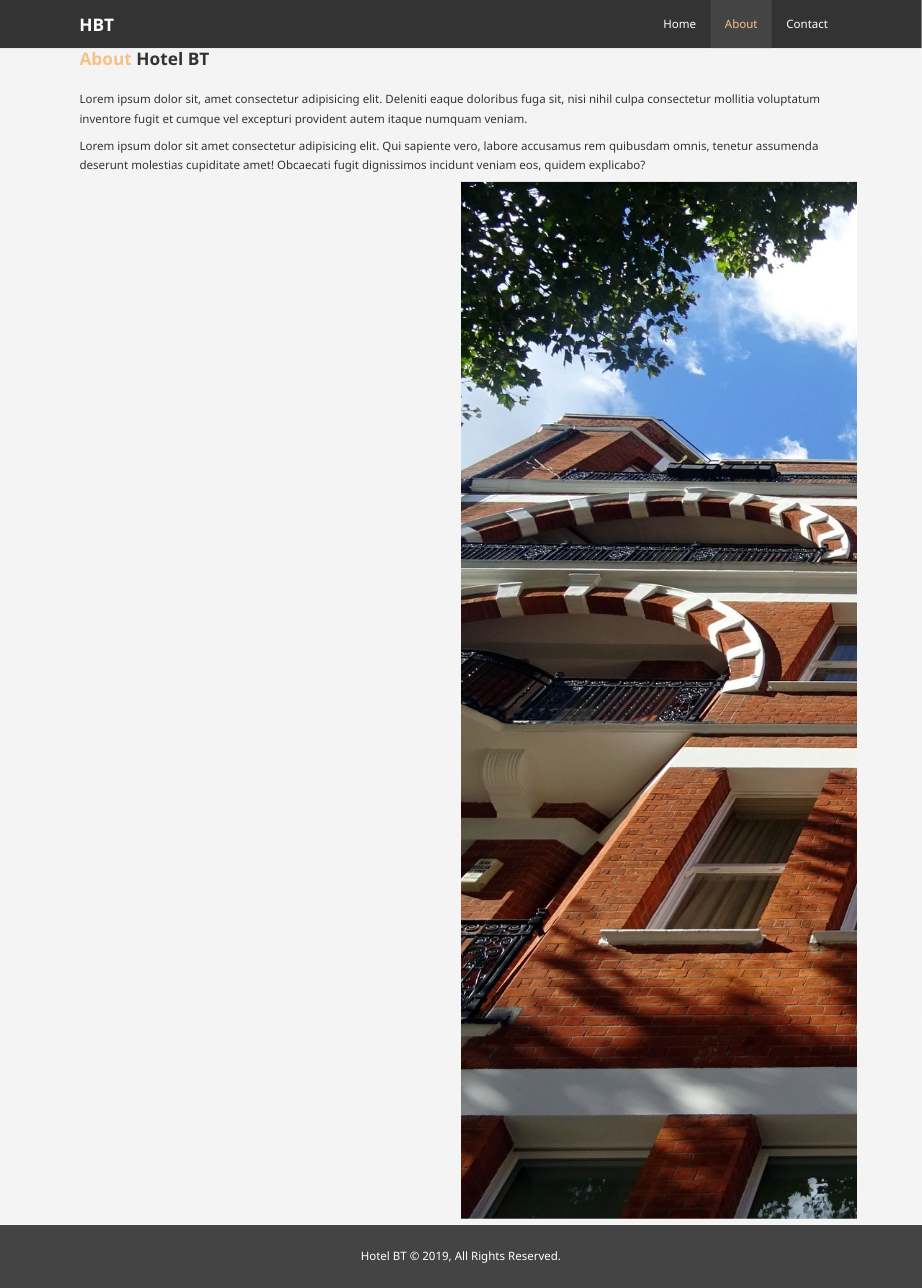
Repository: minhtien9/hotel-website
Page: about.html
The author's editor kept a copy of each file at every save. The page is drawn from the files as they stood at one save, then again after a run of saves.
The browser window is 1280 px wide. The pictures show the whole page, at 72% of full size.

Above is the page before, as saved 2021-08-14 18:13:44.

### about.html
<!DOCTYPE html>
<html lang="en">

<head>
    <meta charset="UTF-8" />
    <meta http-equiv="X-UA-Compatible" content="IE=edge" />
    <meta name="viewport" content="width=device-width, initial-scale=1.0" />
    <meta name="description" content="Welcome to the most extraordinary hotel in Boston Massachusetts" />
    <meta name="keywords" content="hotel, boston hotel, new england hotel" />

    <link rel="stylesheet" href="css/style.css" />
    <title>Hotel BT | About</title>
</head>

<body>
    <header>
        <nav id="navbar">
            <div class="container">
                <h1 class="logo">
                    <a href="index.html"></a> HBT</h1>
                <ul>
                    <li><a href="index.html">Home</a></li>
                    <li><a class="current" href="about.html">About</a></li>
                    <li><a href="contact.html">Contact</a></li>
                </ul>
            </div>
        </nav>
    </header>
    <section id="about-info" class="bg-light">
        <div class="container">
            <div class="info-left">
                <h1><span class="text-primary">About</span> Hotel BT</h1>
                <p>
                    Lorem ipsum dolor sit, amet consectetur adipisicing elit. Deleniti eaque doloribus fuga sit, nisi nihil culpa consectetur mollitia voluptatum inventore fugit et cumque vel excepturi provident autem itaque numquam veniam.
                </p>
                <p>
                    Lorem ipsum dolor sit amet consectetur adipisicing elit. Qui sapiente vero, labore accusamus rem quibusdam omnis, tenetur assumenda deserunt molestias cupiditate amet! Obcaecati fugit dignissimos incidunt veniam eos, quidem explicabo?
                </p>
            </div>
            <div class="info-right">
                <img src="./img/photo-2.jpg" alt="hotel" />
            </div>
        </div>
    </section>
    <footer id="main-footer">
        <p>Hotel BT &copy; 2019, All Rights Reserved.</p>
    </footer>
</body>

</html>

### css/style.css
/* Reset */

* {
    margin: 0;
    padding: 0;
    box-sizing: border-box;
}


/* Main Styling */

html,
body {
    font-family: 'Segoe UI', Tahoma, Geneva, Verdana, sans-serif;
    line-height: 1.7em;
}

a {
    color: #333;
    text-decoration: none;
}

h1,
h2,
h3 {
    padding-bottom: 20px;
}

p {
    margin: 10px 0;
}


/* Utility Classes */

.container {
    margin: auto;
    max-width: 1100px;
    overflow: auto;
    padding: 0 20px;
}

.text-primary {
    color: #f7c08a;
}

.lead {
    font-size: 20px;
}

.btn {
    display: inline-block;
    font-size: 18px;
    color: #fff;
    background: #333;
    padding: 13px 20px;
    border: none;
    cursor: pointer;
}

.btn:hover {
    background: #f7c08a;
    color: #333;
}

.btn-light {
    background: #f4f4f4;
    color: #333;
}

.bg-dark {
    background: #333;
    color: #fff;
}

.bg-light {
    background: #f4f4f4;
    color: #333;
}

.bg-primary {
    background: #f7c08a;
    color: #333;
}

.clr {
    clear: both;
}


/* Navbar */

#navbar {
    background: #333;
    color: #fff;
    overflow: auto;
}

#navbar a {
    color: #fff;
}

#navbar h1 {
    float: left;
    padding-top: 20px;
}

#navbar ul {
    list-style: none;
    float: right;
}

#navbar ul li {
    float: left;
}

#navbar ul li a {
    display: block;
    padding: 20px;
    text-align: center;
}

#navbar ul li a:hover,
#navbar ul li a.current {
    background: #444;
    color: #f7c08a;
}


/* Show case */

#showcase {
    background: url('../img/showcase.jpg') no-repeat center center/cover;
    height: 600px;
}

#showcase .showcase-content {
    color: #fff;
    text-align: center;
    padding-top: 170px;
}

#showcase .showcase-content h1 {
    font-size: 60px;
    line-height: 1.2em;
}

#showcase .showcase-content p {
    padding: bottom 20px;
    line-height: 1.7em;
}


/* Home info */

#home-info {
    height: 400px;
}

#home-info .info-img {
    float: left;
    width: 50%;
    background: url('../img/photo-1.jpg') no-repeat;
    min-height: 100%;
}

#home-info .info-content {
    float: right;
    width: 50%;
    height: 100%;
    text-align: center;
    padding: 50px 30px;
    overflow: hidden;
}

#home-info .info-content p {
    padding-bottom: 30px;
}


/* Features */

.box {
    float: left;
    width: 33.3%;
    padding: 50px;
    text-align: center;
}

.box i {
    margin-bottom: 10px;
}


/* About */

#about-info .info-right {
    float: right;
    width: 50%;
    min-height: 100%;
}


/* Footer */

#main-footer {
    text-align: center;
    background: #444;
    color: #fff;
    padding: 20px;
}

After the next 2 saves:
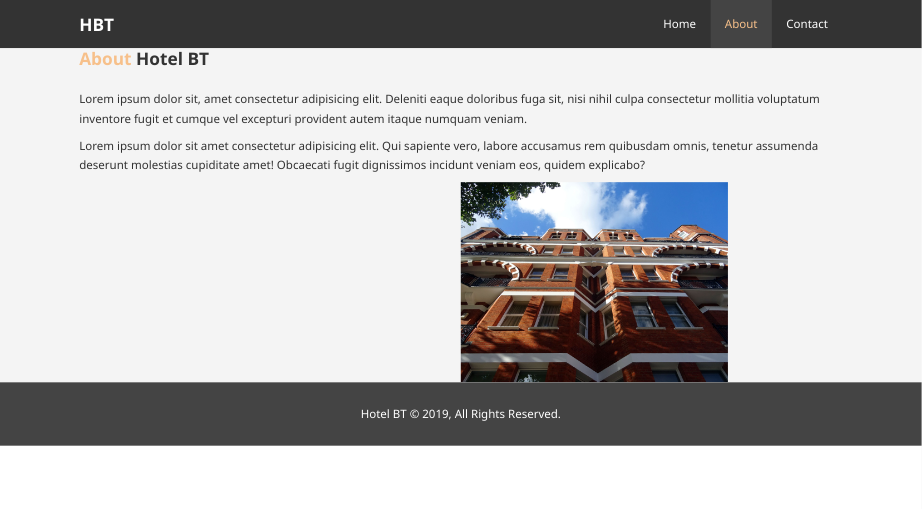
The 2 saves are shown as one change because they came seconds apart.
The last was saved 2 min 7 s later.
--- a/css/style.css
+++ b/css/style.css
@@ -200,6 +200,11 @@ p {
     min-height: 100%;
 }
 
+#about-info .info-right img {
+    display: block;
+    width: 70%;
+}
+
 
 /* Footer */
 
